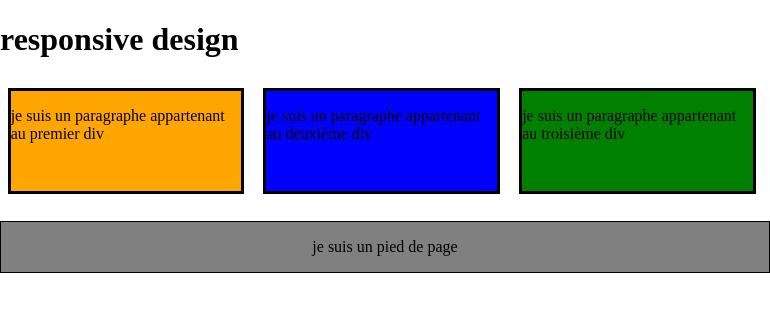
Repository: serviceshuios/Git-Aix-Web
Page: responsive-design/WebContent/index.html
An editor plug-in stored every save of this project. The page is shown before and after the next save, followed by the edit.
The browser window is 768 px wide. The page is 770 px wide, then 768 px, so the pictures cover 770 px, including what lies to the right of the window. The pictures show the whole page.

Above is the page before, as saved 2018-10-26 08:57:18.

After the next save:
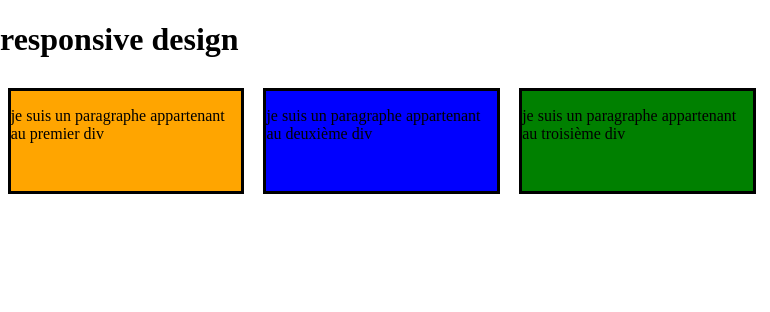
Saved 70 s later.
--- a/responsive-design/WebContent/css/style.css
+++ b/responsive-design/WebContent/css/style.css
@@ -31,5 +31,7 @@ body {
 }
 
 @media screen and (max-width: 780px){
-
+	.footer {
+		display:none;
+	}
 }
